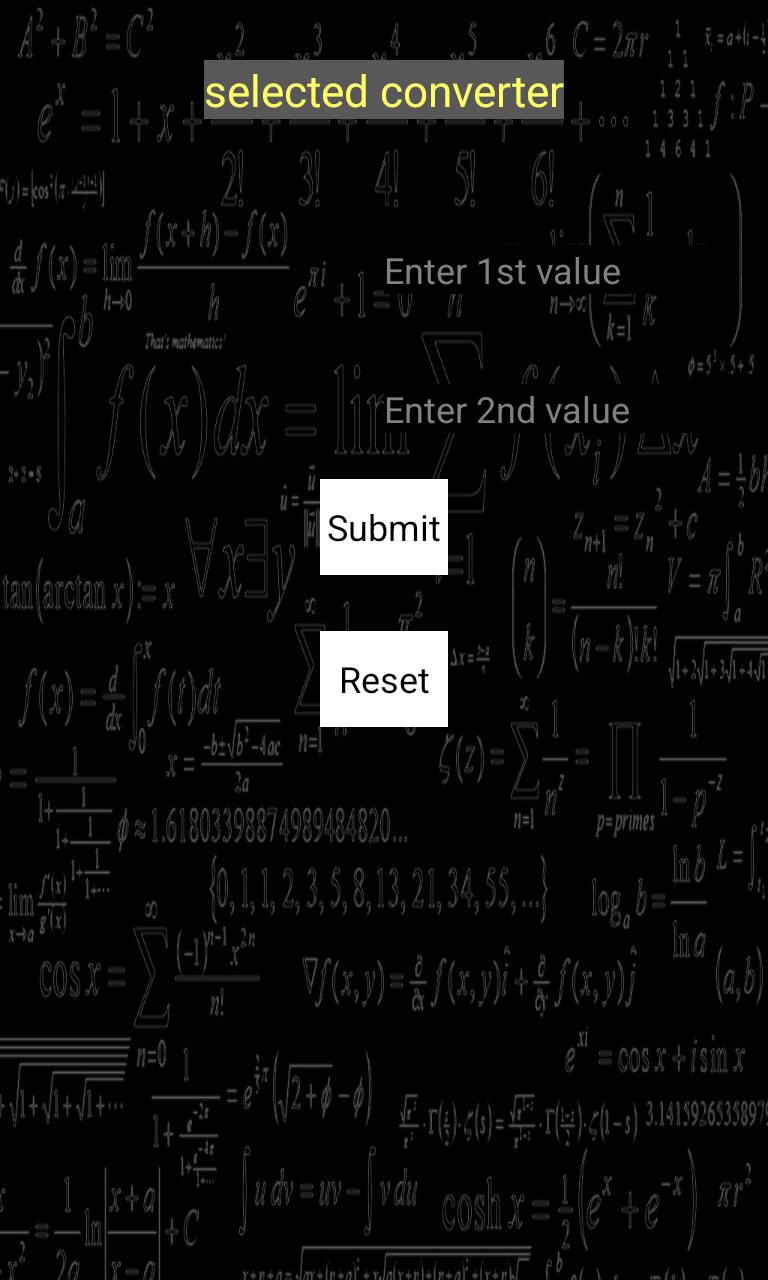
Repository: priyankaaj/practiced-apps
Layout: newProject/res/layout/activity_main.xml
These files come from the project's save history. The layout is drawn as it stood at one moment and after the next save; the edit follows.
It is drawn on a 768 x 1280 px phone screen (xhdpi) without system bars, with theme AppTheme; the app's code is not run.

Above is the layout before, as saved 2015-09-26 07:38:07.

### newProject/res/layout/activity_main.xml
<RelativeLayout xmlns:android="http://schemas.android.com/apk/res/android"
    xmlns:tools="http://schemas.android.com/tools"
    android:layout_width="match_parent"
    android:layout_height="match_parent"
    android:background="@drawable/maths_wallpaper"
    android:paddingBottom="@dimen/activity_vertical_margin"
    android:paddingLeft="@dimen/activity_horizontal_margin"
    android:paddingRight="@dimen/activity_horizontal_margin"
    android:paddingTop="@dimen/activity_vertical_margin"
    tools:context=".MainActivity" >

    <TextView
        android:id="@+id/selectedconverter"
        android:layout_width="wrap_content"
        android:layout_height="wrap_content"
        android:layout_alignParentTop="true"
        android:layout_centerHorizontal="true"
        android:layout_marginTop="14dp"
        android:text="selected converter"
        android:background="#585858"
        android:textColor="#FFFF66"
        android:textAppearance="?android:attr/textAppearanceLarge" />

    <Spinner
        android:id="@+id/spinnerconvertoptions"
        android:layout_width="wrap_content"
        android:layout_height="wrap_content"
        android:layout_below="@+id/selectedconverter"
        android:layout_centerHorizontal="true"
        android:background="#ffffff"
        android:textColor="#000000"
        android:layout_marginTop="19dp" />

    <EditText
        android:id="@+id/entvalue1"
        android:layout_width="wrap_content"
        android:layout_height="wrap_content"
        android:layout_alignLeft="@+id/spinnerconvertoptions"
        android:layout_below="@+id/spinnerconvertoptions"
        android:layout_marginTop="44dp"
        android:background="#000000"
        android:ems="10"
        android:hint="Enter 1st value"
        android:textColor="#ffffff" />

    <EditText
        android:id="@+id/entvalue2"
        android:layout_width="wrap_content"
        android:layout_height="wrap_content"
        android:layout_alignLeft="@+id/entvalue1"
        android:layout_below="@+id/entvalue1"
        android:layout_marginTop="45dp"
        android:background="#000000"
        android:ems="10"
        android:hint="Enter 2nd value"
        android:textColor="#ffffff" >

        <requestFocus />
    </EditText>

    <Button
        android:id="@+id/buttonsubmit"
        android:layout_width="wrap_content"
        android:layout_height="wrap_content"
        android:layout_below="@+id/entvalue2"
        android:layout_centerHorizontal="true"
        android:layout_marginTop="23dp"
        android:background="#ffffff"
        android:text="Submit"
        android:textColor="#000000" />

    <Button
        android:id="@+id/buttoncancel"
        android:layout_width="wrap_content"
        android:layout_height="wrap_content"
        android:layout_alignLeft="@+id/buttonsubmit"
        android:layout_below="@+id/buttonsubmit"
        android:layout_marginTop="28dp"
        android:background="#ffffff"
        android:text="Reset"
        android:textColor="#000000" />

</RelativeLayout>

Loaded but not shown: newProject/res/values/styles.xml (common file); newProject/res/values-v11/styles.xml (common file); newProject/res/values-v14/styles.xml (common file); newProject/res/values/dimens.xml (common file)

After the next save:
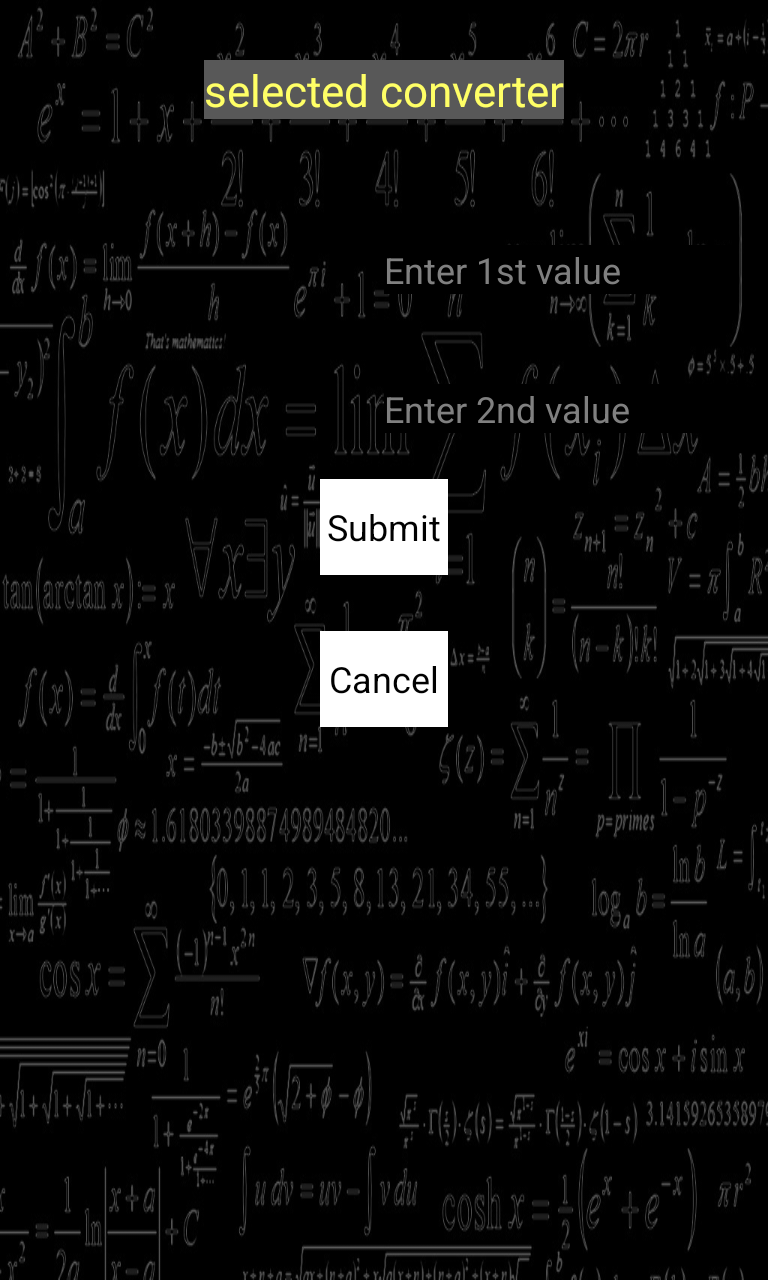
Saved 14 s later.
--- a/newProject/res/layout/activity_main.xml
+++ b/newProject/res/layout/activity_main.xml
@@ -77,7 +77,7 @@
         android:layout_below="@+id/buttonsubmit"
         android:layout_marginTop="28dp"
         android:background="#ffffff"
-        android:text="Reset"
+        android:text="Cancel"
         android:textColor="#000000" />
 
 </RelativeLayout>
